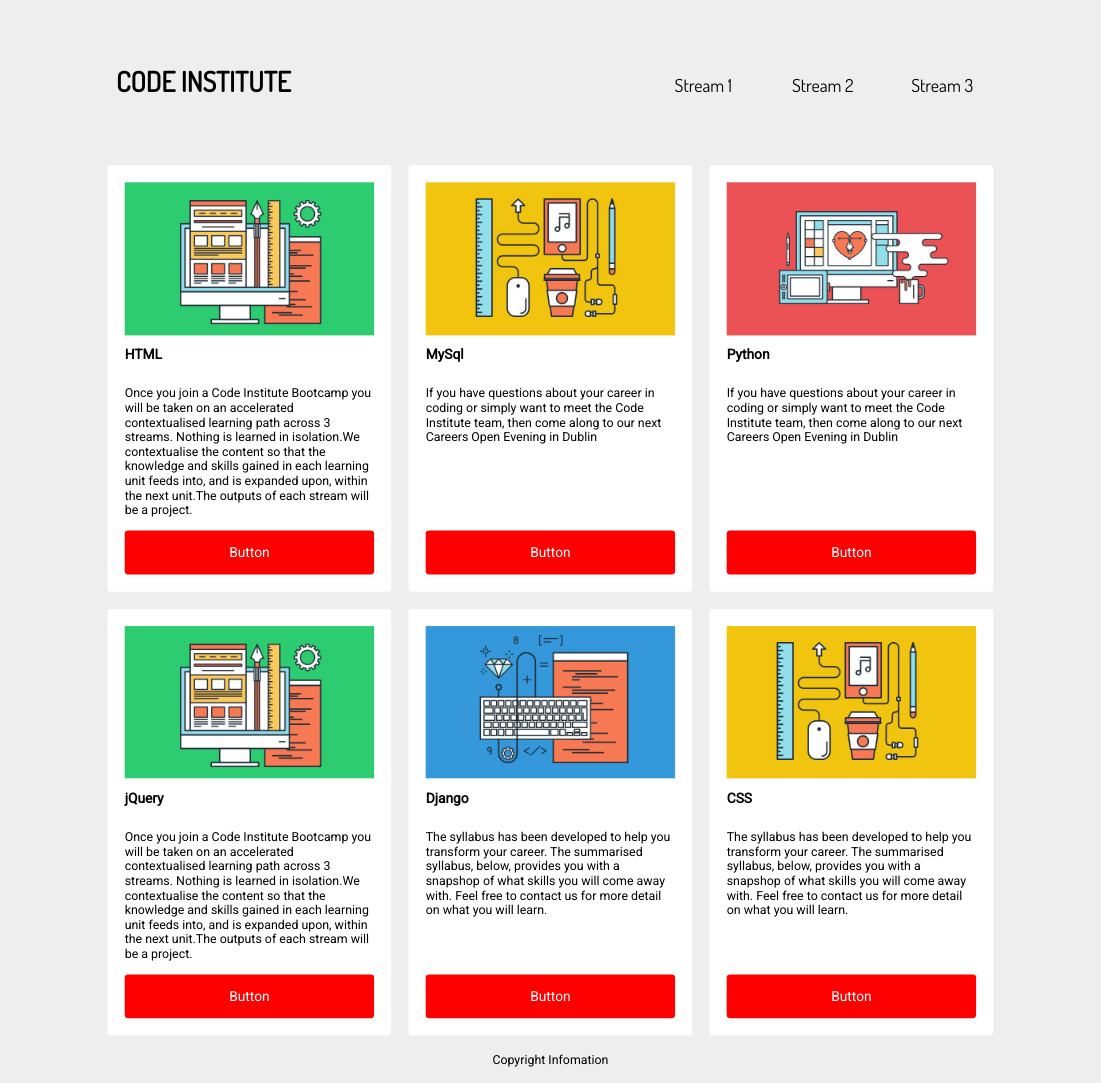
Repository: Vicky185/jquery-events-methodchainschallenges
Page: cards-jquery.html
The author's editor kept a record of every edit. The page is drawn from the files as they stood at one moment, then again after the next edit.
The browser window is 1280 px wide. The pictures show the whole page, at 86% of full size.

Above is the page before.

### cards-jquery.html
<!doctype html>
<html lang="en">
<head>
	<meta charset="utf-8">
	<meta name="viewport" content="width=device-width, initial-scale=1">
	<title>jQuery</title>
	<link href="style.css" rel="stylesheet">
	<link href='https://fonts.googleapis.com/css?family=Roboto' rel='stylesheet' type='text/css'>
	<link href='https://fonts.googleapis.com/css?family=Dosis' rel='stylesheet' type='text/css'>
</head>
<body>
	<div id="container">
		<nav>
			<ul>
				<li id="logoNav">CODE INSTITUTE</li>
				<li id="stream1_btn">Stream 1</li>
				<li id="stream2_btn">Stream 2</li>
				<li id="stream3_btn">Stream 3</li>
			</ul>
		</nav>
		<div class="card stream1-card">
			<img class="card_image"src="img/3.png" alt="HTML logo">
			<div class="card_bottom">
				<h2 class="card_head">HTML</h2>
				<p class="card_para">Once you join a Code Institute Bootcamp you will be taken on an accelerated contextualised learning path across 3 streams. Nothing is learned in isolation.We contextualise the content so that the knowledge and skills gained in each learning unit feeds into, and is expanded upon, within the next unit.The outputs of each stream will be a project. </p>
				<a href="" class="bottom_button makeRed">Button</a>
			</div>
		</div>
		<div class="card stream3-card">
			<img class="card_image "src="img/1.png" alt="MySql logo">
			<h2 class="card_head">MySql</h2>
			<p class="card_para">If you have questions about your career in coding or simply want to meet the Code Institute team, then come along to our next Careers Open Evening in Dublin</p>
			<a href="" class="bottom_button makeRed">Button</a>
		</div>

		<div class="card stream2-card">
			<img class="card_image "src="img/2.png" alt="Python logo">
			<h2 class="card_head">Python</h2>
			<p class="card_para">If you have questions about your career in coding or simply want to meet the Code Institute team, then come along to our next Careers Open Evening in Dublin</p>
			<a href="" class="bottom_button makeRed">Button</a>
		</div>
		<div class="card stream1-card">
			<img class="card_image"src="img/3.png" alt="jQuery logo">
			<div class="card_bottom">
				<h2 class="card_head">jQuery</h2>
				<p class="card_para">Once you join a Code Institute Bootcamp you will be taken on an accelerated contextualised learning path across 3 streams. Nothing is learned in isolation.We contextualise the content so that the knowledge and skills gained in each learning unit feeds into, and is expanded upon, within the next unit.The outputs of each stream will be a project. </p>
				<a href="" class="bottom_button makeRed">Button</a>
			</div>
		</div>
		<div class="card stream3-card">
			<img class="card_image"src="img/4.png" alt="Django logo">
			<h2 class="card_head">Django</h2>
			<p class="card_para">The syllabus has been developed to help you transform your career. The summarised syllabus, below, provides you with a snapshop of what skills you will come away with. Feel free to contact us for more detail on what you will learn.</p>
			<a href="" class="bottom_button makeRed">Button</a>
		</div>
		<div class="card stream1-card">
			<img class="card_image"src="img/1.png" alt="CSS logo">
			<h2 class="card_head">CSS</h2>
			<p class="card_para">The syllabus has been developed to help you transform your career. The summarised syllabus, below, provides you with a snapshop of what skills you will come away with. Feel free to contact us for more detail on what you will learn.</p>
			<a href="" class="bottom_button makeRed">Button</a>
		</div>
		<div id="my_footer">
			<p id="copyright">Copyright Infomation</p>
		</div>
	</div>
	<!-- Scripts located at the bottom of the body to insure page is fully loaded before execution -->
	<script src="https://code.jquery.com/jquery-3.4.1.js" integrity="sha256-DZAnKJ/6XZ9si04Hgrsxu/8s717jcIzLy3oi35EouyE=" crossorigin="anonymous"></script>
	<script src="script.js"></script> <!-- Scripts located at the bottom of the body to insure page is fully loaded before execution -->

</body>
</html>

### style.css
body{
	font-family: 'Roboto', sans-serif;
	/*background-image: url(img/code-institute.jpg);
 	background-size: cover;
 	color: #ffffff;*/
 	background-color: #eee;
}

h1{
	font-size: 3em;
	text-align: center;
}
h2{
	font-size: 1em;
	text-align: left;
}
p{
	font-size: .9rem;
}

div{
	border-radius: 4px;
}

.card_image{
	width: 100%;
}
.bottom_button{
	display: flex;
	box-sizing:border-box;
	border-radius: 4px;
	display: block;
	width: 100%;
	background-color:rgba(129, 187, 201,.85);
	text-align: center;
	padding: 1em .75em;
	text-decoration: none;
	color: #fff;

}

.card_bottom{
	display: flex;
	flex-flow:column;
}
.card_head{
	flex:0;
}
.card_para{
	flex:1 0 auto;
}

#container
{
	display: flex;		/* makes container a flexbox*/
	flex-flow: row wrap; 	/* layout the boxes in rows and wrap them*/
	box-sizing:border-box;
	margin-right:auto;
	margin-left:auto;
	max-width:1050px;
}
#logo{
	width: 800px;
	margin: auto;
}

.card{
	flex:1; /* */
	display: flex;	/* make the contents controllable by flexbox*/
	flex-flow:column;	/* */
	min-width: 240px; /**/
	margin: 10px;
	padding: 20px;
	background-color: #fff;
}
.highlight_stream{
	background-color: #EB5255;
}

#my_footer{
	width:100%;
	text-align: center;
}
#copyright{
	margin-top:10px;
	margin-bottom:10px;

}

/*************************
Navigation
**************************/

nav{
	font-family: roboto;
	background-color: #eee;
	margin: 30px auto;
	width: 100%;
}
ul{
	display: flex;
	justify-content:space-between;
	flex-flow: row;
	/*flex-flow: row-reverse;*/
	/*justify-content:flex-end;*/
	/*justify-content:space-around;*/
	/*align-items:flex-start;*/
	align-items:baseline;
	border-radius: 10px;
	list-style-type: none; /*Remove Bullets*/
	padding: 0;
}
li{
	flex:1;
	height: 30px;
	/*width:10%;*/
	/*border:2px solid #000;*/
	/*background-color: #81BBC9;*/
	/*border-radius: 10px;*/
	font-family: Dosis;
	padding:20px 20px 20px 20px;
	text-align: center;
	font-size: 1.3em;
}

#logoNav{
	flex:6;
	text-align: left;
	font-size: 2em;
	font-weight: bold;
}

.underline{
  text-decoration:underline;
}
.border{
  border: solid 5px #ccc;
}


@media screen and (max-width: 700px){
	ul{
		flex-flow: column;
		align-items:center;
	}
	li{
		font-size: 2em;
	}
}

.makeRed{
	background-color: red;
}

.makeBorder{
	border:2px;
}

### script.js

$(document).ready(function() {


	$("#button_effects1").on("click", function() {
		$("#para_toggle1").slideToggle('slow');
	});
	$("#button_effects2").on("click", function() {
		$("#para_toggle2").slideToggle('medium');
	});


 	$("#stream1_btn").on("click", function() {
 		$(".stream1").removeClass('highlight_stream');
		$(".stream2").removeClass('highlight_stream');
		$(".stream3").removeClass('highlight_stream');
	  	$(".stream1").addClass('highlight_stream');
	});
	$("#stream2_btn").on("click", function() {
		$(".stream1").removeClass('highlight_stream');
		$(".stream2").removeClass('highlight_stream');
		$(".stream3").removeClass('highlight_stream');
	  	$(".stream2").addClass('highlight_stream');
	});
	$("#stream3_btn").on("click", function() {
		$(".stream1").removeClass('highlight_stream');
		$(".stream2").removeClass('highlight_stream');
		$(".stream3").removeClass('highlight_stream');
	  	$(".stream3").addClass('highlight_stream');
	});

	//removes class makeRed, adds class makeBorder on mouseenter
	$("button").mouseenter(function(){
		$(this).removeClass("makeRed").addClass("makeBorder");
	});

	$("button").mouseleave(function(){
		$("button").removeClass("makeBorder").addClass("makeRed");
	});

});

After the next edit:
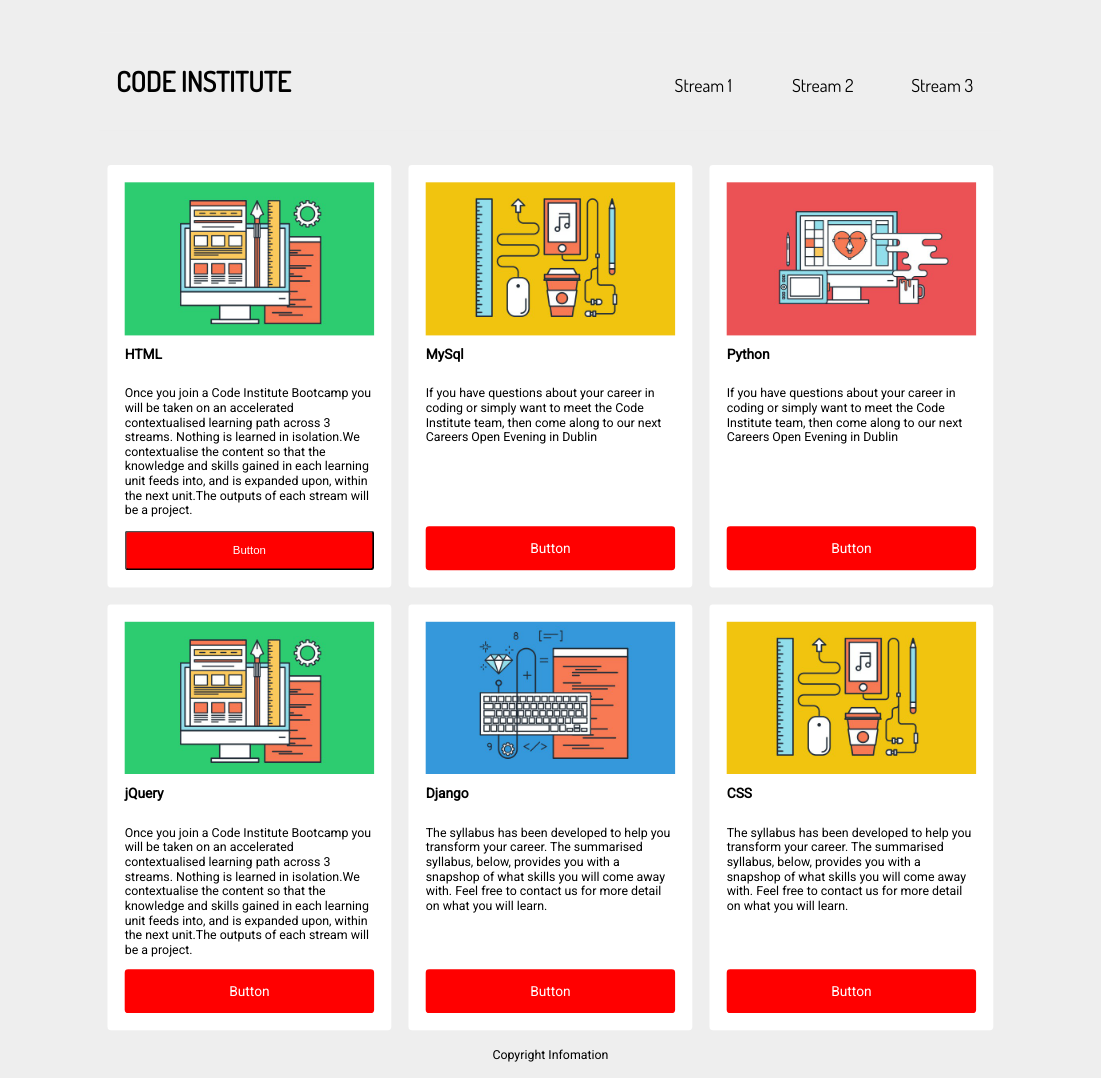
The edit:
--- a/cards-jquery.html
+++ b/cards-jquery.html
@@ -23,7 +23,7 @@
 			<div class="card_bottom">
 				<h2 class="card_head">HTML</h2>
 				<p class="card_para">Once you join a Code Institute Bootcamp you will be taken on an accelerated contextualised learning path across 3 streams. Nothing is learned in isolation.We contextualise the content so that the knowledge and skills gained in each learning unit feeds into, and is expanded upon, within the next unit.The outputs of each stream will be a project. </p>
-				<a href="" class="bottom_button makeRed">Button</a>
+				<button class="bottom_button makeRed">Button</a>
 			</div>
 		</div>
 		<div class="card stream3-card">
